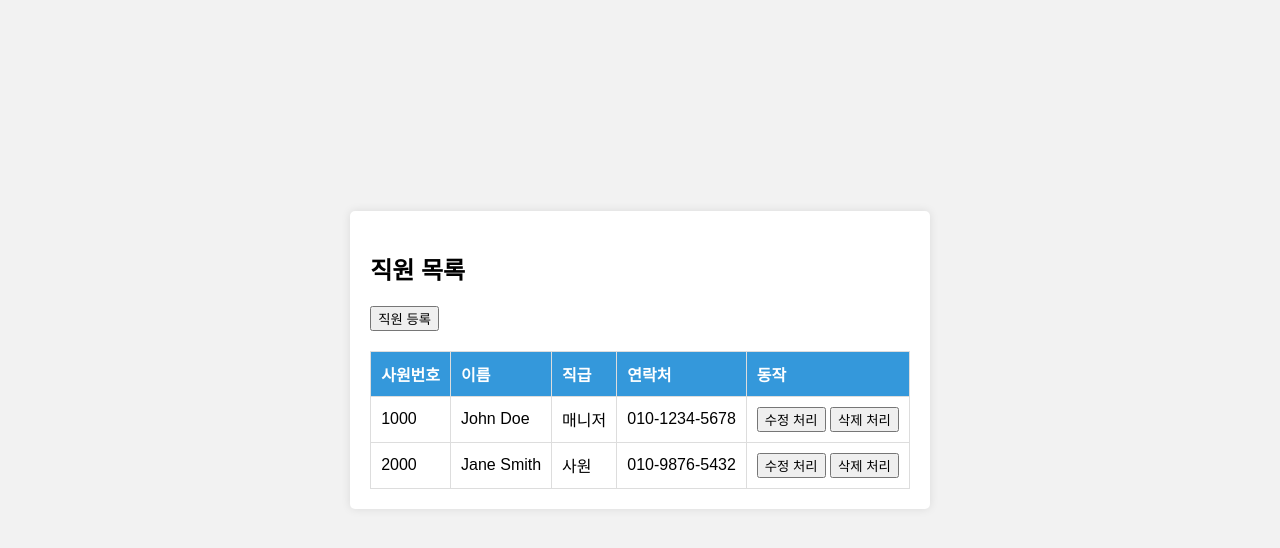
Repository: heyJSH/Study_java_web_sol
Page: http://localhost/jspweb_08/emplist.jsp
The author's editor kept a copy of each file at every save. The page is drawn from the files as they stood at one save, then again after the next save.
The browser window is 1280 px wide. The pictures show the whole page.
The page is served by Tomcat 9. Queries for data that is not in the repository find no rows.

Above is the page before, as saved 2024-01-12 06:24:32.

After the next save:
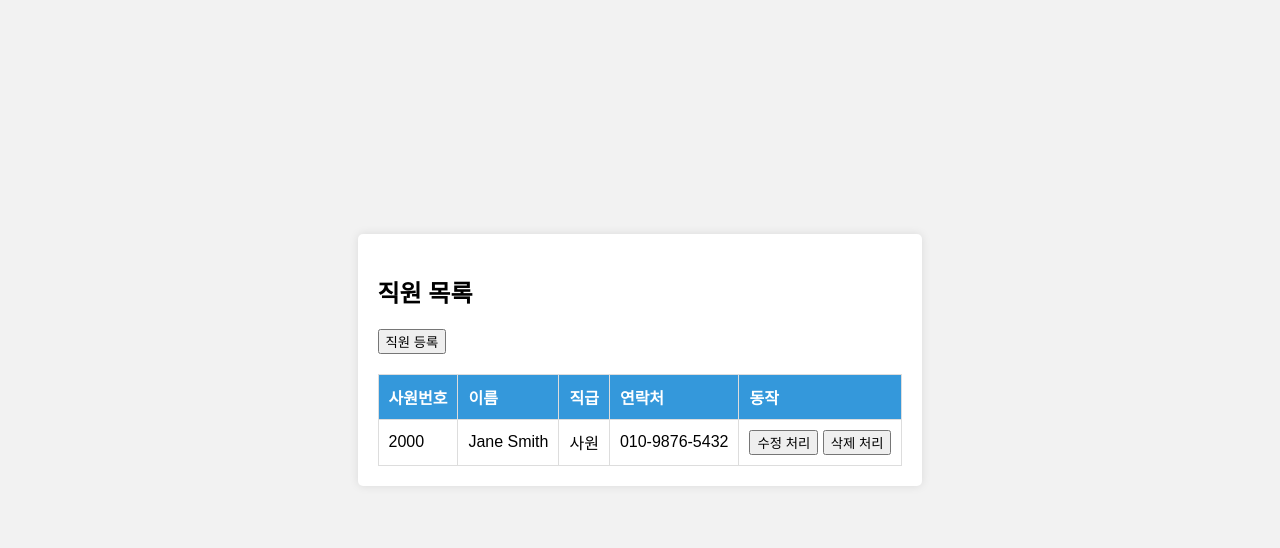
Saved 28 s later.
--- a/workspace_stsb/jspweb_08/src/main/webapp/emplist.jsp
+++ b/workspace_stsb/jspweb_08/src/main/webapp/emplist.jsp
@@ -112,7 +112,6 @@
             <%
             	for(int i=0; i<emplist.size(); i++) {
 
-            	}
             %>
             <tr>
             <td>1000</td>
@@ -124,6 +123,9 @@
 
                 </td> <!-- 상세보기 버튼 추가 -->
             </tr>
+            <%
+            	}
+            %>
             <tr>
             <td>2000</td>
                 <td>Jane Smith</td>
